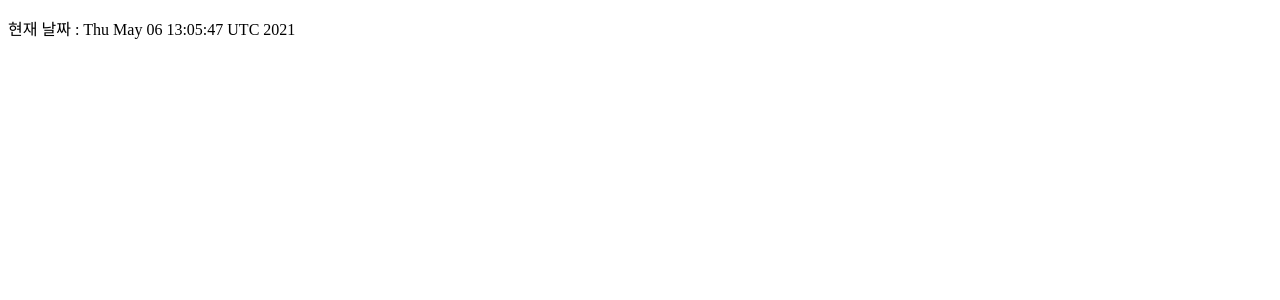
Repository: CheolHo-0428/JSP-Web-Programming
Page: http://localhost/JSPBook/ch03/page.jsp
The author's editor kept a copy of each file at every save. The page is drawn from the files as they stood at one save, then again after the next save.
The browser window is 1280 px wide. The pictures show the whole page.
The page is served by Tomcat 9.

Above is the page before, as saved 2021-05-08 07:12:43.

After the next save:
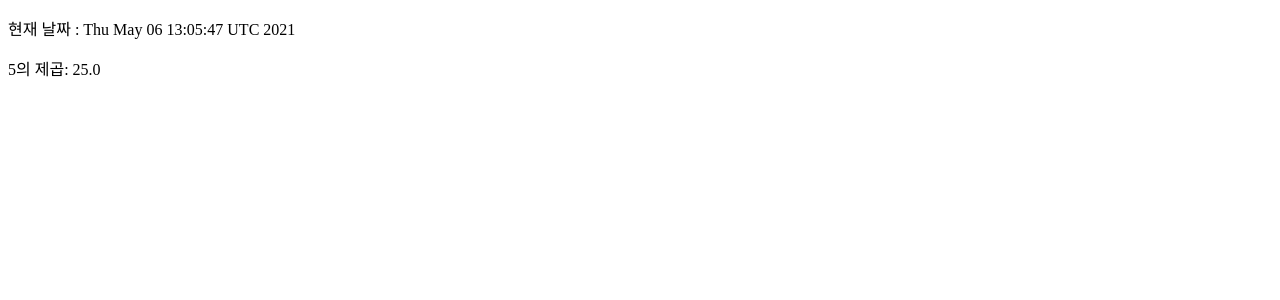
Saved 3 min 17 s later.
--- a/JSPBook/src/main/webapp/ch03/page.jsp
+++ b/JSPBook/src/main/webapp/ch03/page.jsp
@@ -10,9 +10,14 @@
 <title>Directives Tag</title>
 </head>
 <body>
-	<%
+	<%!
 		Date day = new Date();
+
+		public double result(int x, int y){
+			return Math.pow(x, y);
+		}
 	%>
 	<p>현재 날짜 : <%= day %></p>
+	<p>5의 제곱: <%= result(5,2) %></p>
 </body>
 </html>
